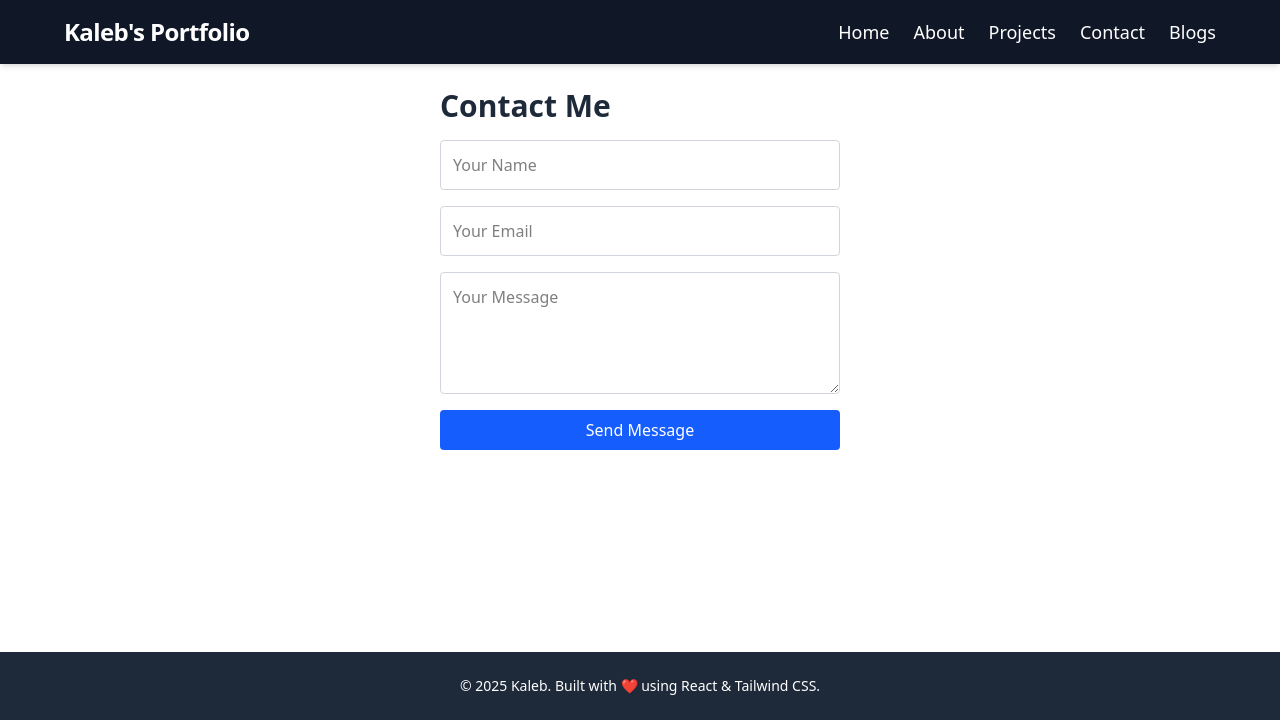
Repository: KalebMalone/portfolio-site
Page: /contact
An editor plug-in stored every save of this project. The page is shown before and after the next save, followed by the edit.
The browser window is 1280 px wide. The pictures show the whole page.
The project was rebuilt for these pictures with package versions that can differ from the ones it lists, and the page was loaded fresh each time. Also part of the build but not shown: vite.config.js, src/pages/Home.jsx, src/pages/About.jsx, src/pages/Projects.jsx, src/pages/Blogs.jsx.

Above is the page before, as saved 2025-04-23 17:24:51.

After the next save:
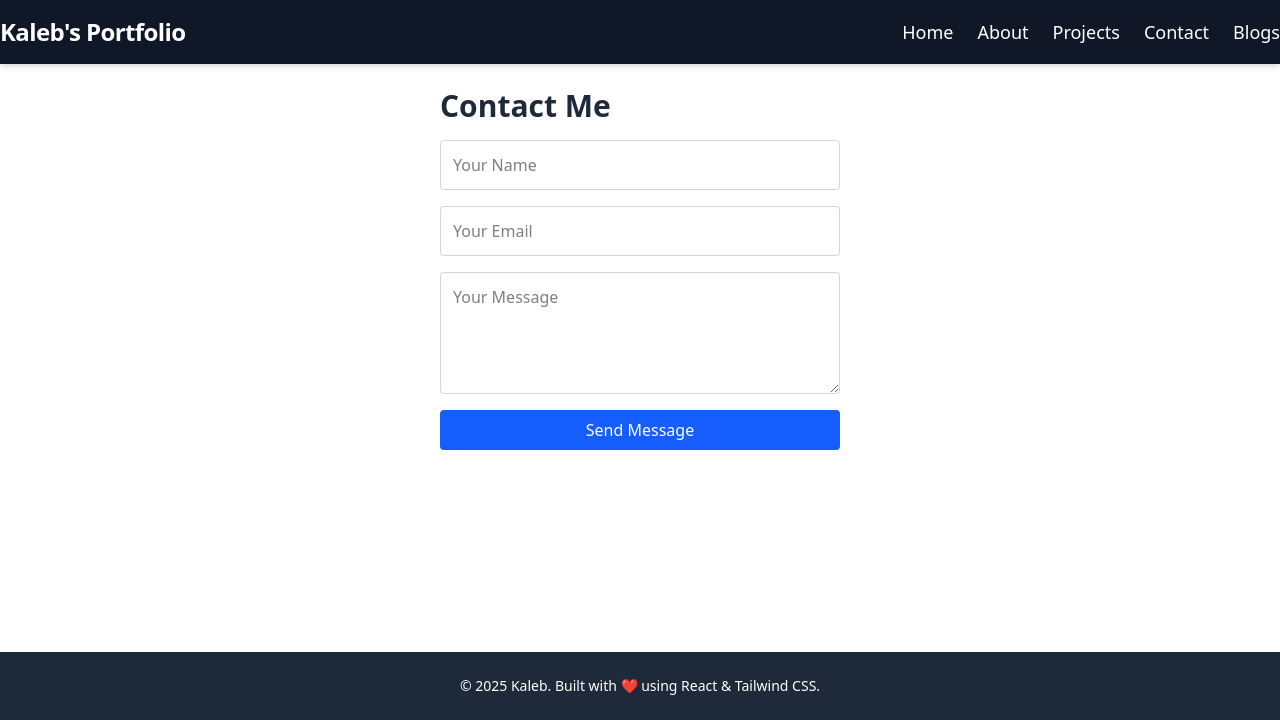
Saved 8 s later.
--- a/src/components/Header.jsx
+++ b/src/components/Header.jsx
@@ -3,7 +3,7 @@ import { Link } from 'react-router-dom';
 const Header = () => {
     return (
         <header className="bg-gray-900 text-white shadow-md py-4">
-            <nav className="max-w-6xl mx-auto flex justify-between items-center px-">
+            <nav className="max-w-10xl mx-auto flex justify-between items-center px-">
                 {/* Logo/Brand Name (Left-aligned) */}
                 <h1 className="text-2xl font-bold tracking-tight">Kaleb's Portfolio</h1>
 
